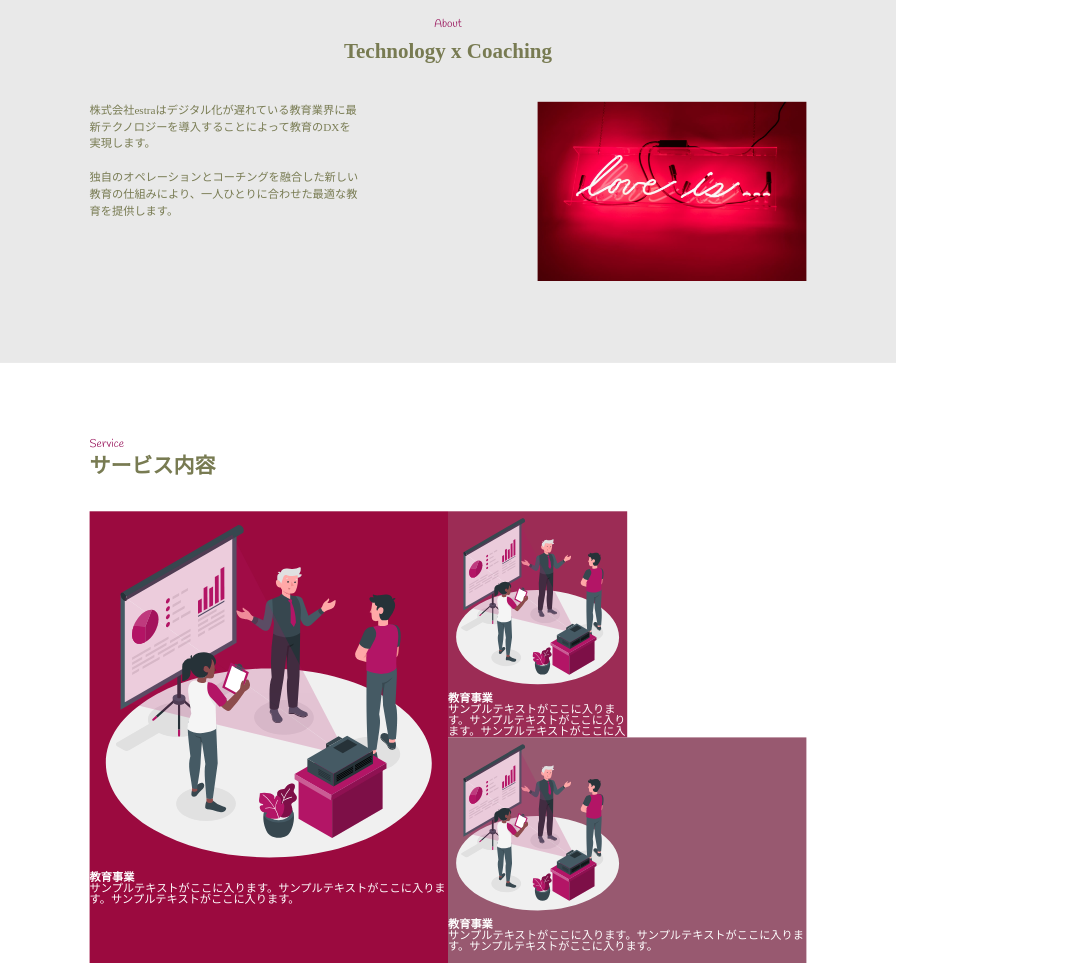
Repository: masanarimiura/20220504miura
Page: index.html
These files come from the project's save history. The page is drawn as it stood at one moment and after a run of saves; the edit follows.
The browser window is 1280 px wide. The page is 1536 px wide, so the pictures cover 1536 px, including what lies to the right of the window. The pictures show the part of the page from y = 1189 to 2789 px (the page is 2565 px tall before and 2789 px after), at 70% of full size.

Above is the page before, as saved 2022-05-04 22:10:32.

After the next 3 saves:
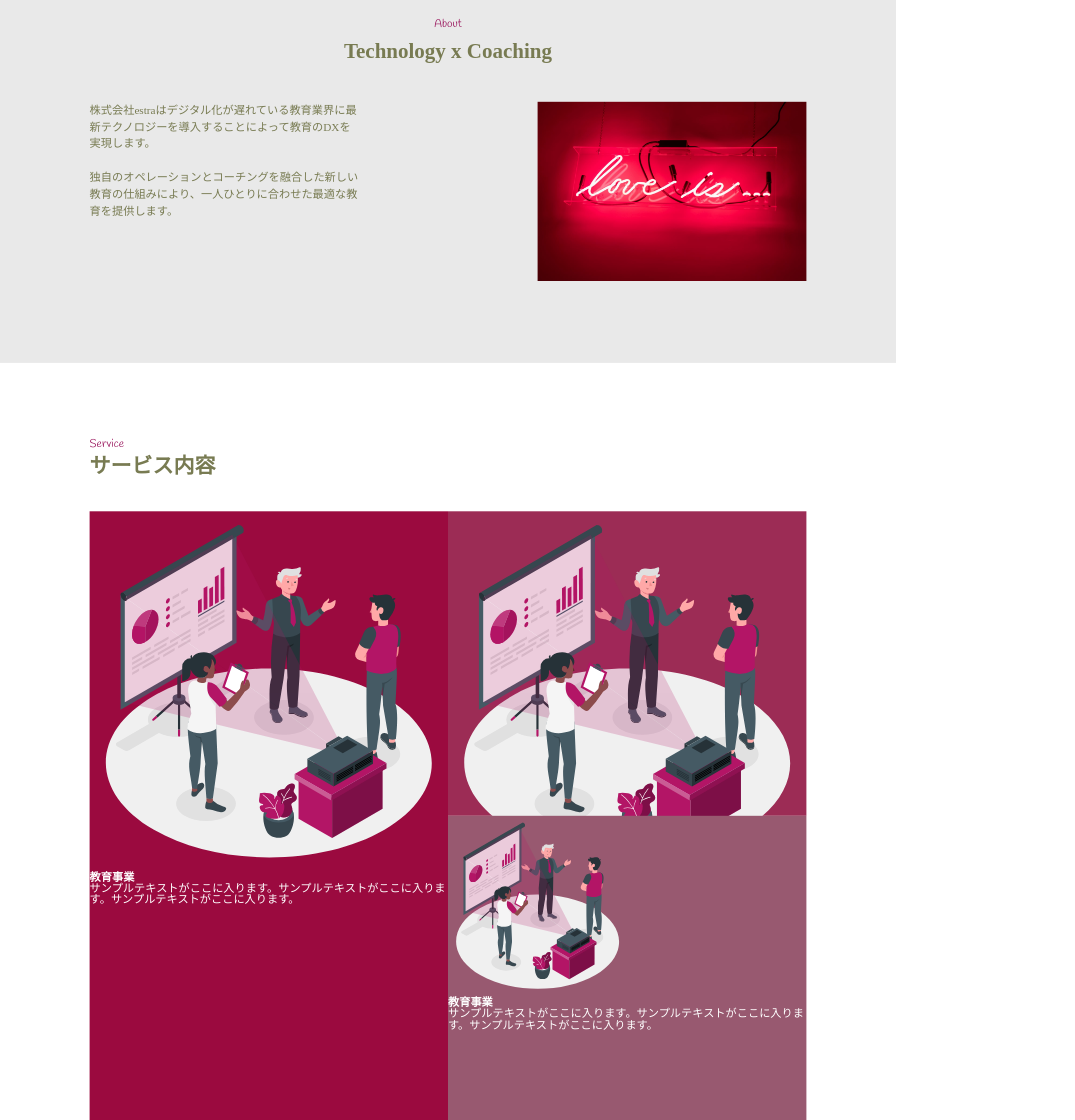
The 3 saves are shown as one change because they came seconds apart.
The last was saved 9 s later.
--- a/css/style.css
+++ b/css/style.css
@@ -160,10 +160,11 @@ a {
   grid-column: 2/3;
   grid-row: 1/2;
   background-color: rgb(156, 44, 85);
-  wi
+  width: 100%;
 }
 .service-box3 {
   grid-column: 2/3;
   grid-row: 2/3;
   background-color: rgb(152, 89, 112);
+  w
 }
